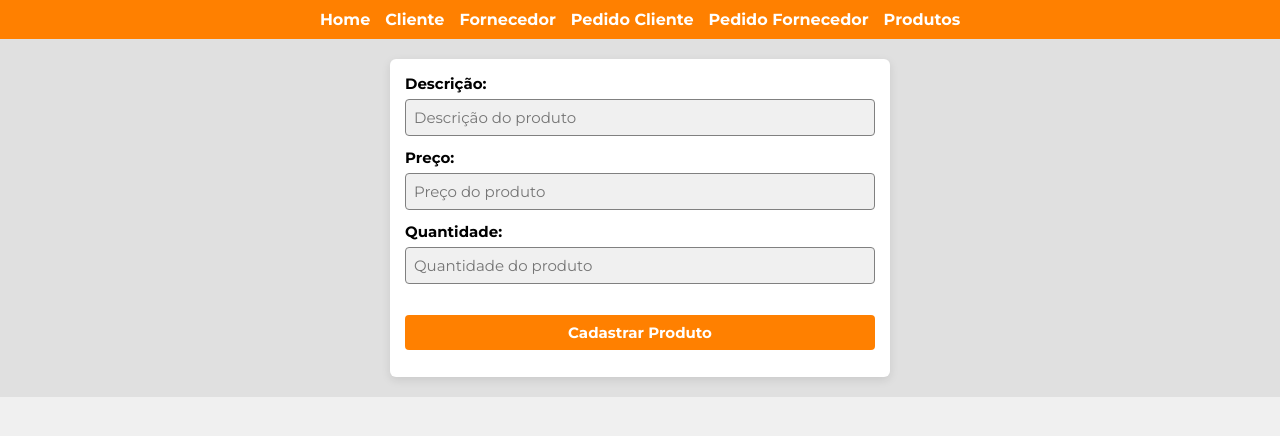
Repository: walterdmp/JavaWeb_BartoBotinas
Page: http://localhost/BartoBotinas/cadastrarProduto.jsp
An editor plug-in stored every save of this project. The page is shown before and after the next save, followed by the edit.
The browser window is 1280 px wide. The pictures show the whole page.
The page is served by Tomcat 9.

Above is the page before, as saved 2024-07-31 20:14:17.

After the next save:
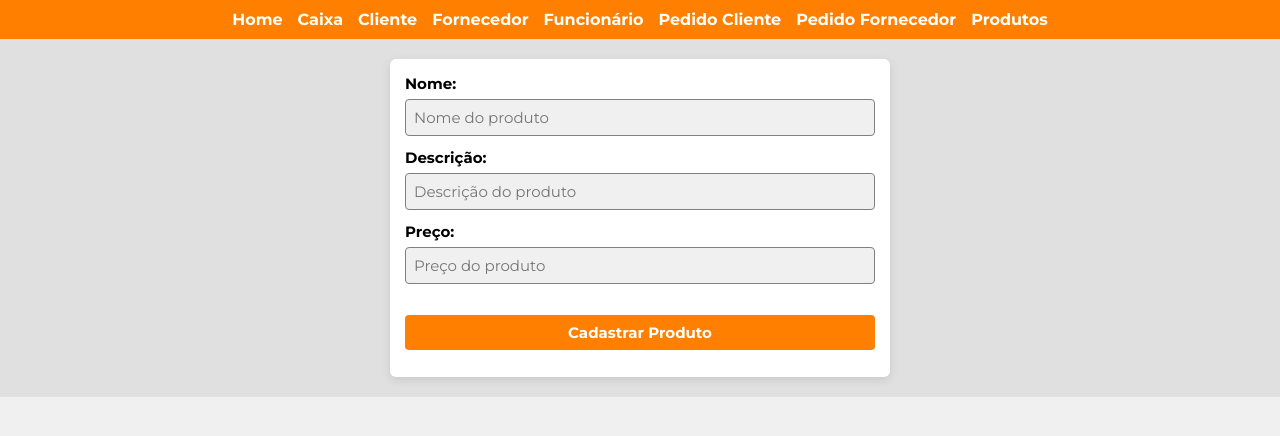
Saved 23 s later.
--- a/BartoBotinas/WebContent/cadastrarProduto.jsp
+++ b/BartoBotinas/WebContent/cadastrarProduto.jsp
@@ -11,35 +11,32 @@
 	<nav class="bartoNav">
 		<ul>
 			<li><a href="home.jsp">Home</a></li>
+			<li><a href="cadastrarCaixa.jsp">Caixa</a></li>
 			<li><a href="cadastrarCliente.jsp">Cliente</a></li>
 			<li><a href="cadastrarFornecedor.jsp">Fornecedor</a></li>
+			<li><a href="cadastrarFuncionario.jsp">Funcionário</a></li>
 			<li><a href="cadastrarPedidoCliente.jsp">Pedido Cliente</a></li>
-			<li><a href="cadastrarPedidoFornecedor.jsp">Pedido
-					Fornecedor</a></li>
+			<li><a href="cadastrarPedidoFornecedor.jsp">Pedido Fornecedor</a></li>
 			<li><a href="cadastrarProdutos.jsp">Produtos</a></li>
 		</ul>
 	</nav>
 	<main class="bartoMain">
 		<form action="cadastrarProduto" method="post" class="bartoForm">
 			<div>
-				<label for="descricao"><strong>Descrição:</strong></label> <input
-					type="text" id="descricao" name="descricao"
-					placeholder="Descrição do produto" required>
+				<label for="nome"><strong>Nome:</strong></label>
+				<input type="text" id="nome" name="nome" placeholder="Nome do produto" required>
 			</div>
 			<div>
-				<label for="preco"><strong>Preço:</strong></label> <input
-					type="number" step="0.01" id="preco" name="preco"
-					placeholder="Preço do produto" required>
+				<label for="descricao"><strong>Descrição:</strong></label>
+				<input type="text" id="descricao" name="descricao" placeholder="Descrição do produto" required>
 			</div>
 			<div>
-				<label for="quantidade"><strong>Quantidade:</strong></label> <input
-					type="number" id="quantidade" name="quantidade"
-					placeholder="Quantidade do produto" required>
+				<label for="preco"><strong>Preço:</strong></label>
+				<input type="number" step="0.01" id="preco" name="preco" placeholder="Preço do produto" required>
 			</div>
 			<br>
 			<div>
-				<input id="bartoButton" type="submit" name="salvar"
-					value="Cadastrar Produto">
+				<input id="bartoButton" type="submit" name="salvar" value="Cadastrar Produto">
 			</div>
 		</form>
 	</main>
